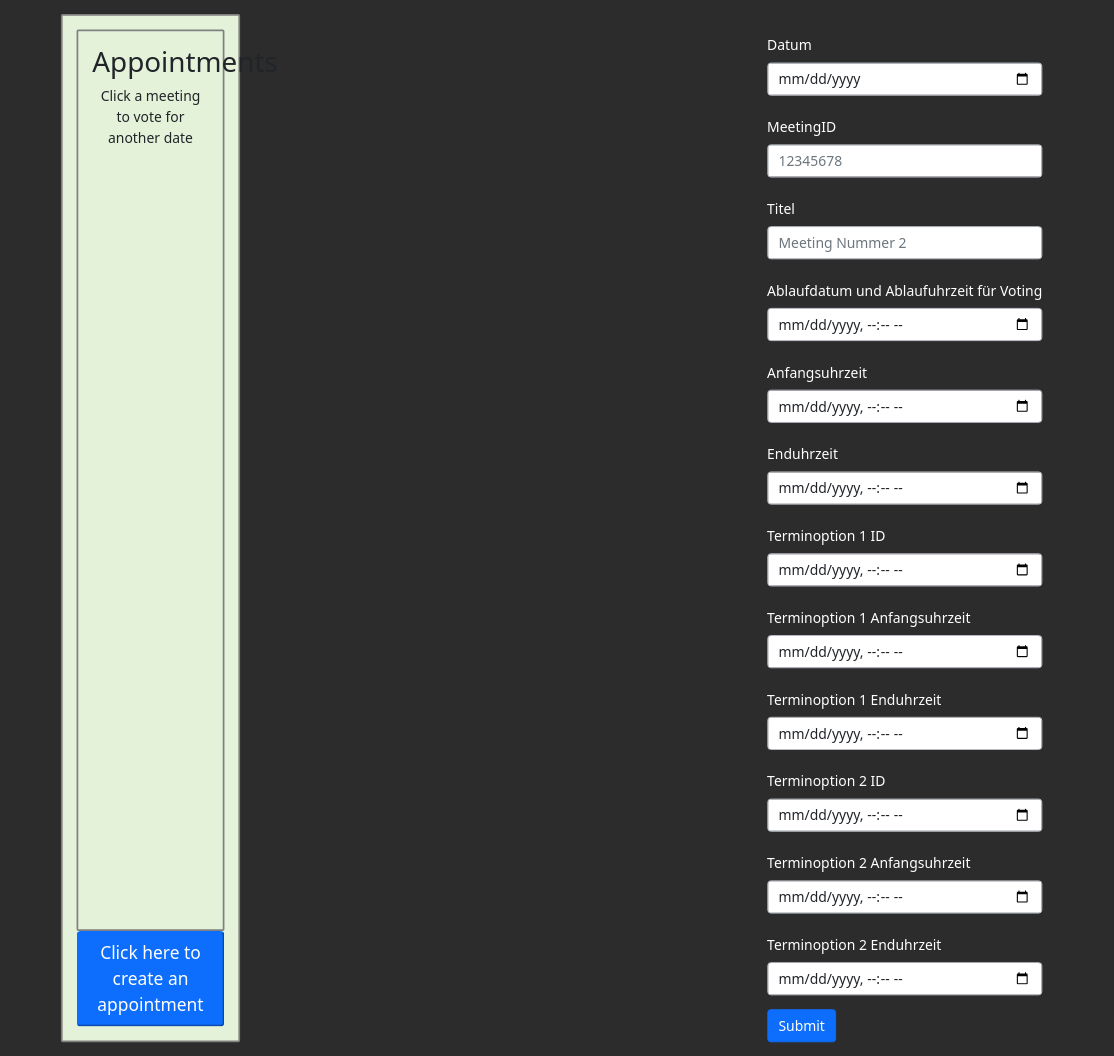
Repository: wlichon/Semesterprojekt
Page: index.html
The author's editor kept a copy of each file at every save. The page is drawn from the files as they stood at one save, then again after the next save.
The browser window is 1280 px wide. The pictures show the whole page, at 87% of full size.
The page's requests for data from a server got no answer. Some web libraries are served in a nearby version.

Above is the page before, as saved 2022-04-26 18:37:12.

After the next save:
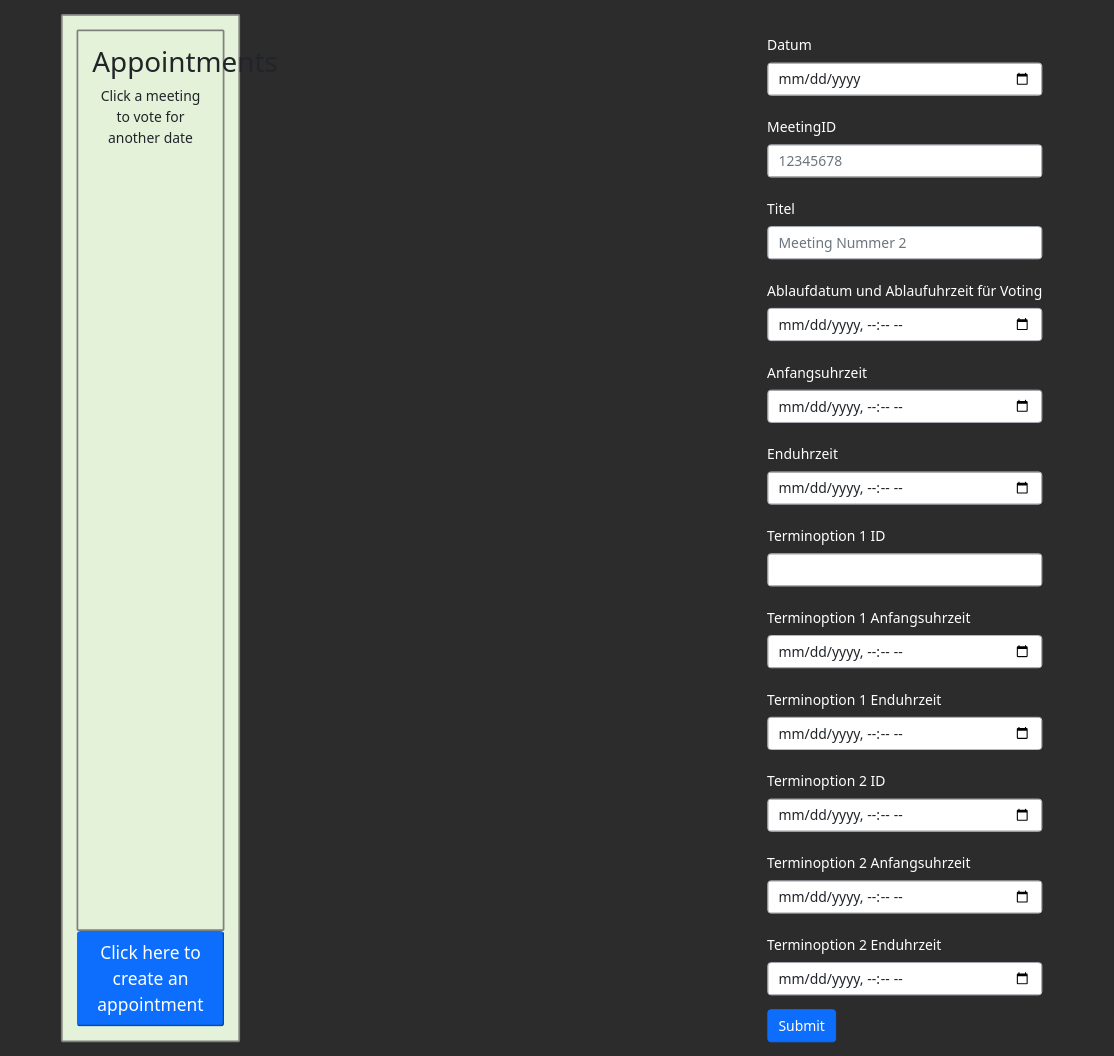
Saved 84 s later.
--- a/index.html
+++ b/index.html
@@ -75,7 +75,7 @@
             </div>
             <div class="form-group">
                 <label for="terminoption1id" class ="text-white mt-4 mb-2">Terminoption 1 ID</label>
-                <input type="datetime-local" class="form-control" name="terminoption1id" id="terminoption1id"  required>
+                <input type="number" class="form-control" name="terminoption1id" id="terminoption1id"  required>
             </div>
             <div class="form-group">
                 <label for="terminoption1" class ="text-white mt-4 mb-2">Terminoption 1 Anfangsuhrzeit</label>
